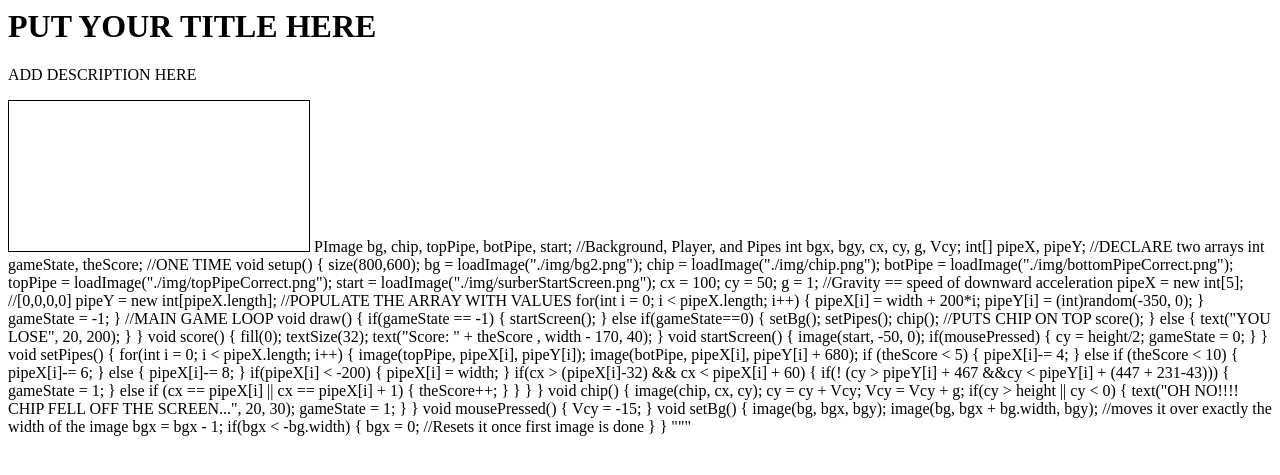
Repository: Grace01-20/Grace01-20.github.io
Page: flappyBird.html
The author's editor kept a record of every edit. The page is drawn from the files as they stood at one moment, then again after the next edit.
The browser window is 1280 px wide. The pictures show the whole page.

Above is the page before.
Console error: TypeError: Cannot read properties of null (reading 'bind')

### flappyBird.html

<!Doctype: HTML w/ Processing>

<html>

  <head>
      <meta http-equiv="Content-Type" content="text/html; charset=UTF-8" />
      <title>Processing Demo</title>
      <script type="text/javascript" src="js/processing.js"></script>
  </head>

  <body>
    <h1>PUT YOUR TITLE HERE</h1>
    <p>ADD DESCRIPTION HERE</p>

    <script type="text/processing">
      PImage bg, chip, topPipe, botPipe, start; //Background, Player, and Pipes

      int bgx, bgy, cx, cy, g, Vcy;
      int[] pipeX, pipeY; //DECLARE two arrays
      int gameState, theScore;

      //ONE TIME
      void setup()
      {
        size(800,600);
        bg = loadImage("./img/bg2.png");
        chip = loadImage("./img/chip.png");
        botPipe = loadImage("./img/bottomPipeCorrect.png");
        topPipe = loadImage("./img/topPipeCorrect.png");
        start = loadImage("./img/surberStartScreen.png");
        cx = 100;
        cy = 50;
        g = 1; //Gravity == speed of downward acceleration
        pipeX = new int[5]; //[0,0,0,0]
        pipeY = new int[pipeX.length];
        //POPULATE THE ARRAY WITH VALUES
        for(int i = 0; i < pipeX.length; i++)
        {
          pipeX[i] = width + 200*i;
          pipeY[i] = (int)random(-350, 0);
        }
        gameState = -1;
      }

      //MAIN GAME LOOP
      void draw()
      {
        if(gameState == -1)
        {
          startScreen();
        }
        else if(gameState==0)
        {
          setBg();
          setPipes();
          chip(); //PUTS CHIP ON TOP
          score();
        }
        else
        {
            text("YOU LOSE", 20, 200);
        }

      }

      void score()
      {
        fill(0);
        textSize(32);
        text("Score: " + theScore , width - 170, 40);
      }

      void startScreen()
      {
        image(start, -50, 0);
        if(mousePressed)
        {
          cy = height/2;
          gameState = 0;
        }
      }

      void setPipes()
      {
        for(int i = 0; i < pipeX.length; i++)
        {
          image(topPipe, pipeX[i], pipeY[i]);
          image(botPipe, pipeX[i], pipeY[i] + 680);
          if (theScore < 5)
          {
            pipeX[i]-= 4;
          }
          else if (theScore < 10)
          {
            pipeX[i]-= 6;
          }
          else
          {
            pipeX[i]-= 8;
          }
          if(pipeX[i] < -200)
          {
            pipeX[i] = width;
          }
          if(cx > (pipeX[i]-32) && cx < pipeX[i] + 60)
          {
            if(! (cy > pipeY[i] + 467 &&cy < pipeY[i] + (447 + 231-43)))
            {
              gameState = 1;
            }
            else if (cx == pipeX[i] || cx == pipeX[i] + 1)
            {
              theScore++;
            }
          }
        }
      }

      void chip()
      {
        image(chip, cx, cy);
        cy = cy + Vcy;
        Vcy = Vcy + g;
        if(cy > height || cy < 0)
        {
          text("OH NO!!!! CHIP FELL OFF THE SCREEN...", 20, 30);
          gameState = 1;
        }
      }


      void mousePressed()
      {
        Vcy = -15;
      }

      void setBg()
      {
        image(bg, bgx, bgy);
        image(bg, bgx + bg.width, bgy); //moves it over exactly the width of the image
        bgx = bgx - 1;
        if(bgx < -bg.width)
        {
          bgx = 0;  //Resets it once first image is done
        }
      }
      /*  INSERT CODE HERE */
    </script>
    <canvas id="sketch" style="border: 1px solid black;"></canvas>

  </body>

</html>










PImage bg, chip, topPipe, botPipe, start; //Background, Player, and Pipes

int bgx, bgy, cx, cy, g, Vcy;
int[] pipeX, pipeY; //DECLARE two arrays
int gameState, theScore;

//ONE TIME
void setup()
{
  size(800,600);
  bg = loadImage("./img/bg2.png");
  chip = loadImage("./img/chip.png");
  botPipe = loadImage("./img/bottomPipeCorrect.png");
  topPipe = loadImage("./img/topPipeCorrect.png");
  start = loadImage("./img/surberStartScreen.png");
  cx = 100;
  cy = 50;
  g = 1; //Gravity == speed of downward acceleration
  pipeX = new int[5]; //[0,0,0,0]
  pipeY = new int[pipeX.length];
  //POPULATE THE ARRAY WITH VALUES
  for(int i = 0; i < pipeX.length; i++)
  {
    pipeX[i] = width + 200*i;
    pipeY[i] = (int)random(-350, 0);
  }
  gameState = -1;
}

//MAIN GAME LOOP
void draw()
{
  if(gameState == -1)
  {
    startScreen();
  }
  else if(gameState==0)
  {
    setBg();
    setPipes();
    chip(); //PUTS CHIP ON TOP
    score();
  }
  else
  {
      text("YOU LOSE", 20, 200);
  }

}

void score()
{
  fill(0);
  textSize(32);
  text("Score: " + theScore , width - 170, 40);
}

void startScreen()
{
  image(start, -50, 0);
  if(mousePressed)
  {
    cy = height/2;
    gameState = 0;
  }
}

void setPipes()
{
  for(int i = 0; i < pipeX.length; i++)
  {
    image(topPipe, pipeX[i], pipeY[i]);
    image(botPipe, pipeX[i], pipeY[i] + 680);
    if (theScore < 5)
    {
      pipeX[i]-= 4;
    }
    else if (theScore < 10)
    {
      pipeX[i]-= 6;
    }
    else
    {
      pipeX[i]-= 8;
    }
    if(pipeX[i] < -200)
    {
      pipeX[i] = width;
    }
    if(cx > (pipeX[i]-32) && cx < pipeX[i] + 60)
    {
      if(! (cy > pipeY[i] + 467 &&cy < pipeY[i] + (447 + 231-43)))
      {
        gameState = 1;
      }
      else if (cx == pipeX[i] || cx == pipeX[i] + 1)
      {
        theScore++;
      }
    }
  }
}

void chip()
{
  image(chip, cx, cy);
  cy = cy + Vcy;
  Vcy = Vcy + g;
  if(cy > height || cy < 0)
  {
    text("OH NO!!!! CHIP FELL OFF THE SCREEN...", 20, 30);
    gameState = 1;
  }
}


void mousePressed()
{
  Vcy = -15;
}

void setBg()
{
  image(bg, bgx, bgy);
  image(bg, bgx + bg.width, bgy); //moves it over exactly the width of the image
  bgx = bgx - 1;
  if(bgx < -bg.width)
  {
    bgx = 0;  //Resets it once first image is done
  }
}
"""

Loaded but not shown: js/processing.js (library)

After the next edit:
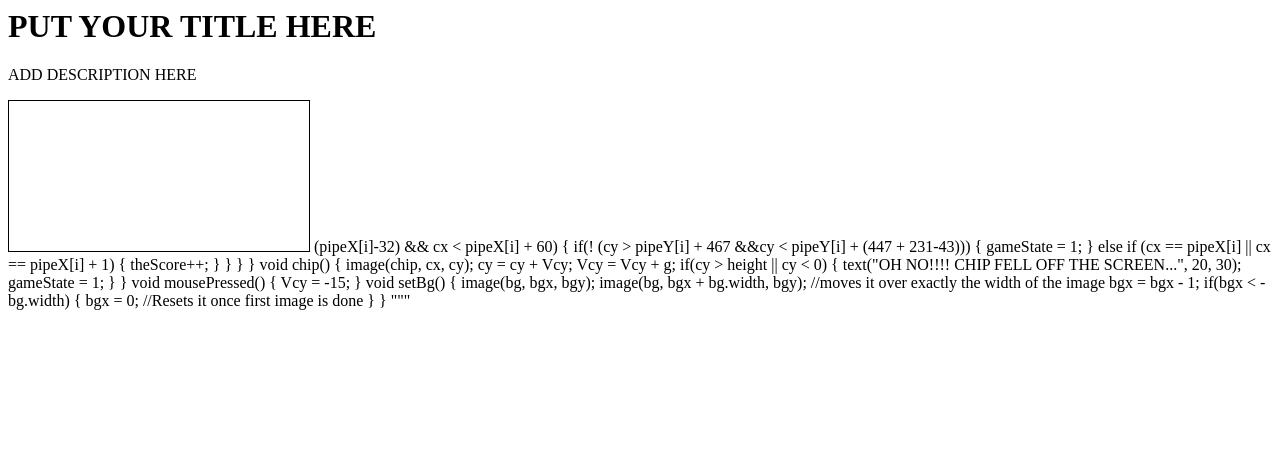
The edit:
--- a/flappyBird.html
+++ b/flappyBird.html
@@ -161,7 +161,7 @@
 
 
 
-
+<!
 PImage bg, chip, topPipe, botPipe, start; //Background, Player, and Pipes
 
 int bgx, bgy, cx, cy, g, Vcy;
